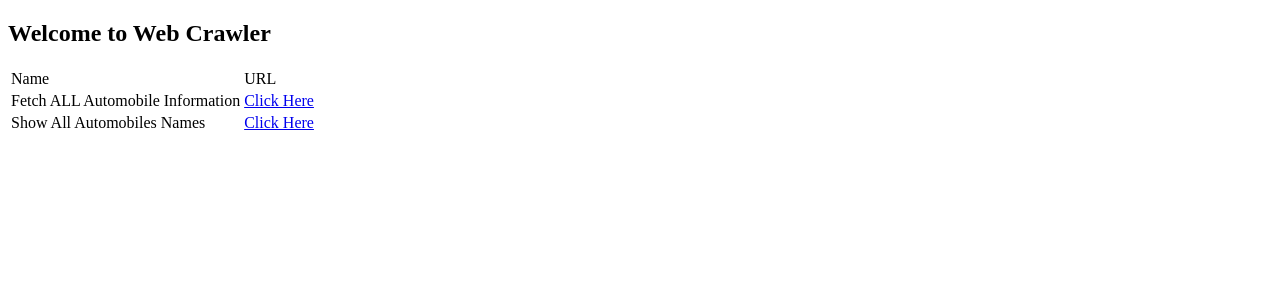
Repository: bijaya-chatterjee/pxl-challenge
Page: http://localhost/welcome
The author's editor kept a copy of each file at every save. The page is drawn from the files as they stood at one save, then again after the next save.
The browser window is 1280 px wide. The pictures show the whole page.
The page is this project's Thymeleaf template; nobody is signed in. The template is opened directly, without the code that normally fills it, so the values that code supplies are empty.

Above is the page before, as saved 2022-01-15 18:21:36.

After the next save:
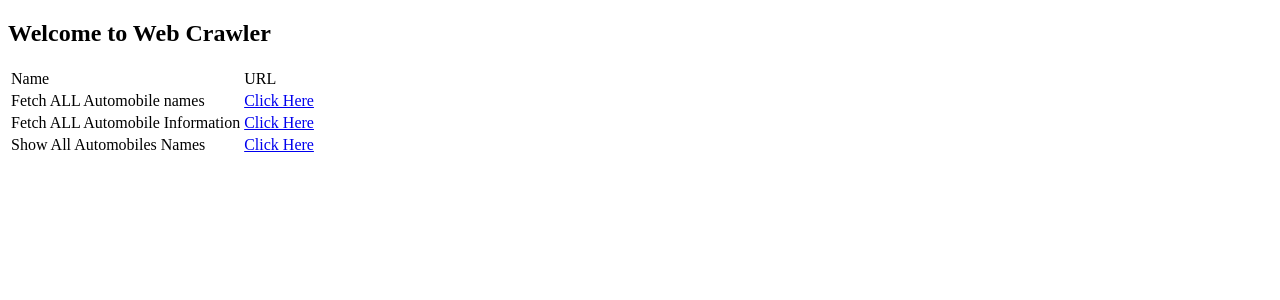
Saved 17 s later.
--- a/webscrapping/src/main/resources/templates/welcome.html
+++ b/webscrapping/src/main/resources/templates/welcome.html
@@ -13,6 +13,10 @@
 
 </tr>
 <tr>
+	<td>Fetch ALL Automobile names</td>
+	<td><a href="/api/fetch/all/details">Click Here</a></td>
+</tr>
+<tr>
 	<td>Fetch ALL Automobile Information</td>
 	<td><a href="/api/fetch/all/details">Click Here</a></td>
 </tr>
